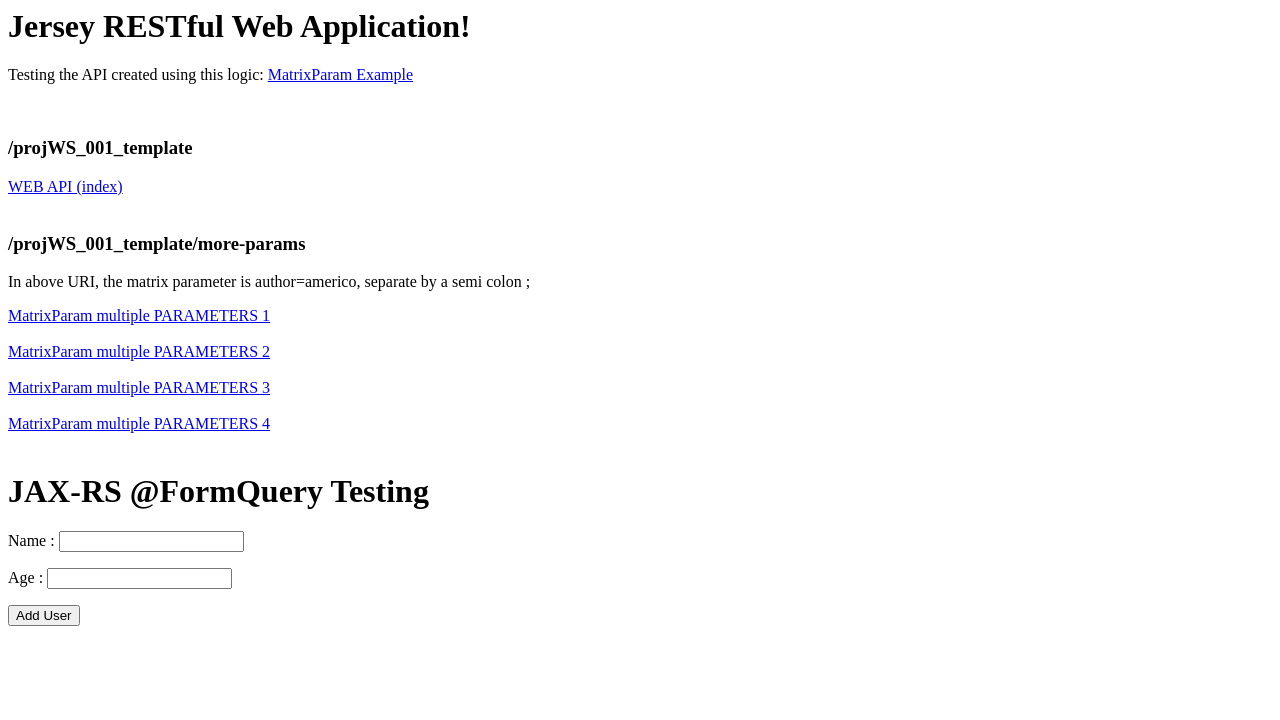
Repository: atafs/BackEnd_JAX-RS_REST_2continue
Page: http://localhost/projWS_001_template/
The author's editor kept a copy of each file at every save. The page is drawn from the files as they stood at one save, then again after the next save.
The browser window is 1280 px wide. The pictures show the whole page.
The page is served by Tomcat 9.

Above is the page before, as saved 2016-05-02 16:39:46.

After the next save:
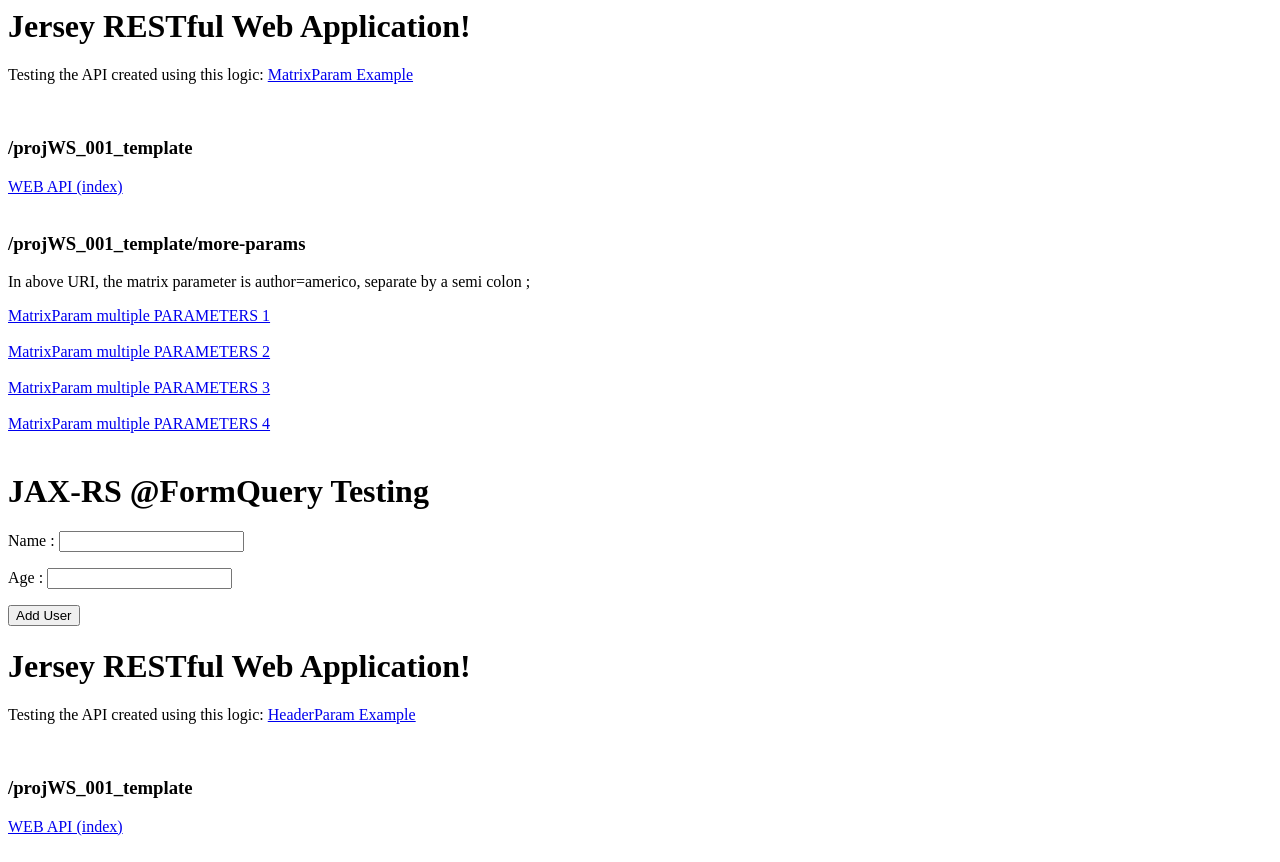
Saved 118 s later.
--- a/projWS_001_template/src/main/webapp/index.jsp
+++ b/projWS_001_template/src/main/webapp/index.jsp
@@ -34,6 +34,19 @@
 		<input type="submit" value="Add User" />
 	</form>
 
+    <!-- Get HTTP header in JAX-RS ######################################## -->
+    <!-- TITLE -->
+	<h1>Jersey RESTful Web Application!</h1>
+
+	<!-- TXT -->
+	<p>Testing the API created using this logic:
+		<a href="http://www.mkyong.com/webservices/jax-rs/get-http-header-in-jax-rs/">HeaderParam  Example</a>
+	</p><br/>
+
+	<!-- LINKS -->
+	<h3>/projWS_001_template</h3>
+	<a href="http://localhost:8085/projWS_001_template/">WEB API (index)</a><br/><br/>
+
 
 
 </body>
